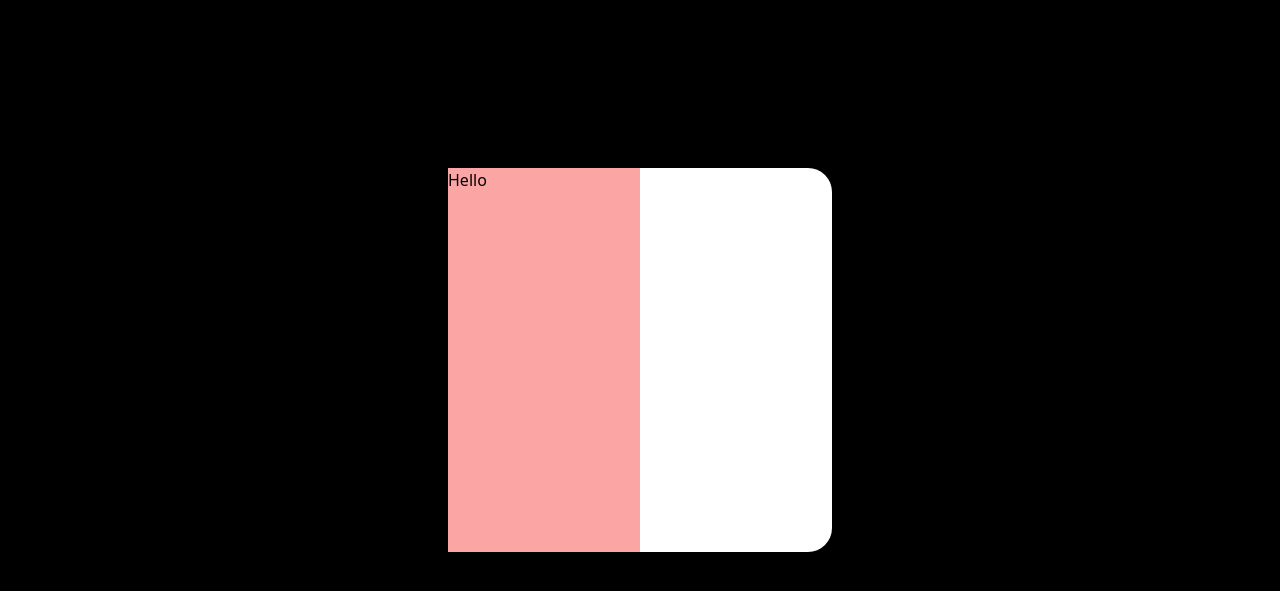
Repository: BerlinWebDev/FrontendMaster_PreviewMentor
Page: /
These files come from the project's save history. The page is drawn as it stood at one moment and after a run of saves; the edit follows.
The browser window is 1280 px wide. The pictures show the whole page.
The project was rebuilt for these pictures with package versions that can differ from the ones it lists, and the page was loaded fresh each time.

Above is the page before, as saved 2023-11-11 01:13:44.

### src/App.js
function App() {
  return (
    <>
      <header>
        <title>Challenge</title>
        <meta name="description" content="Challenge" />
        <link rel="icon" href="/favicon.ico" />
      </header>
      <main className="flex min-h-screen flex-col items-center justify-center bg-black">
        <div className="flex h-96 w-96 rounded-3xl bg-white">
          <aside className="w-1/2 bg-red-300">Hello</aside>
        </div>
      </main>
    </>
  );
}

export default App;

Loaded but not shown: public/index.html (common file); src/index.js (common file); src/index.css (common file); tailwind.config.js (common file)

After the next 2 saves:
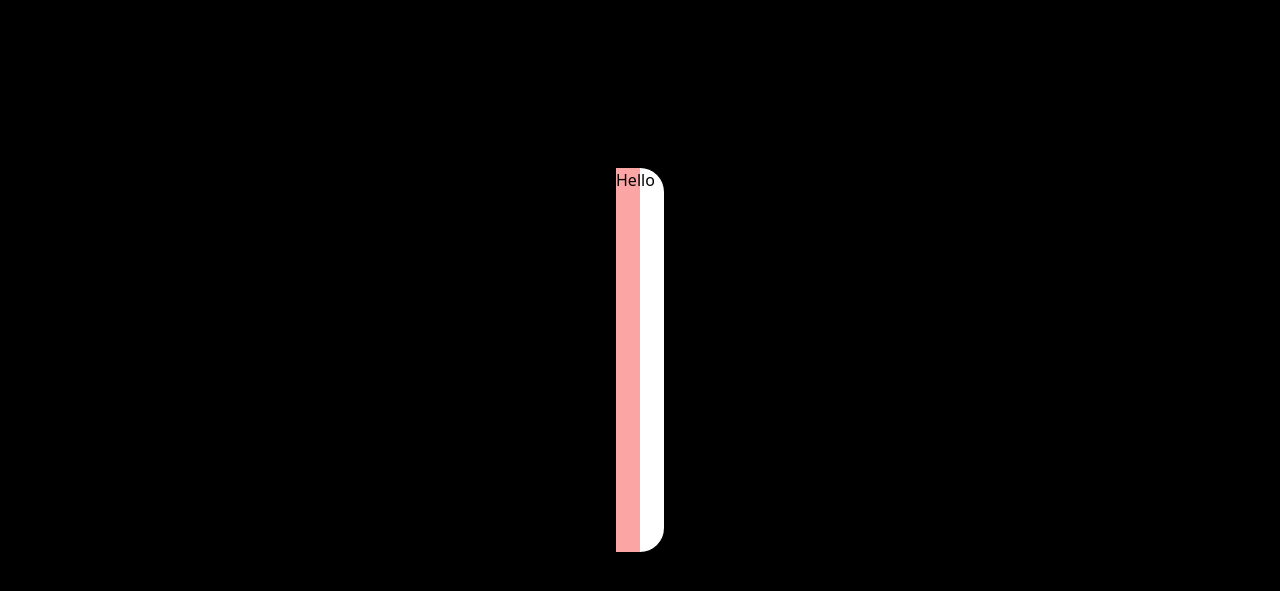
The 2 saves are shown as one change because they came seconds apart.
The last was saved 8 s later.
--- a/src/App.js
+++ b/src/App.js
@@ -7,7 +7,7 @@ function App() {
         <link rel="icon" href="/favicon.ico" />
       </header>
       <main className="flex min-h-screen flex-col items-center justify-center bg-black">
-        <div className="flex h-96 w-96 rounded-3xl bg-white">
+        <div className="flex h-96 w-12 rounded-3xl bg-white">
           <aside className="w-1/2 bg-red-300">Hello</aside>
         </div>
       </main>
